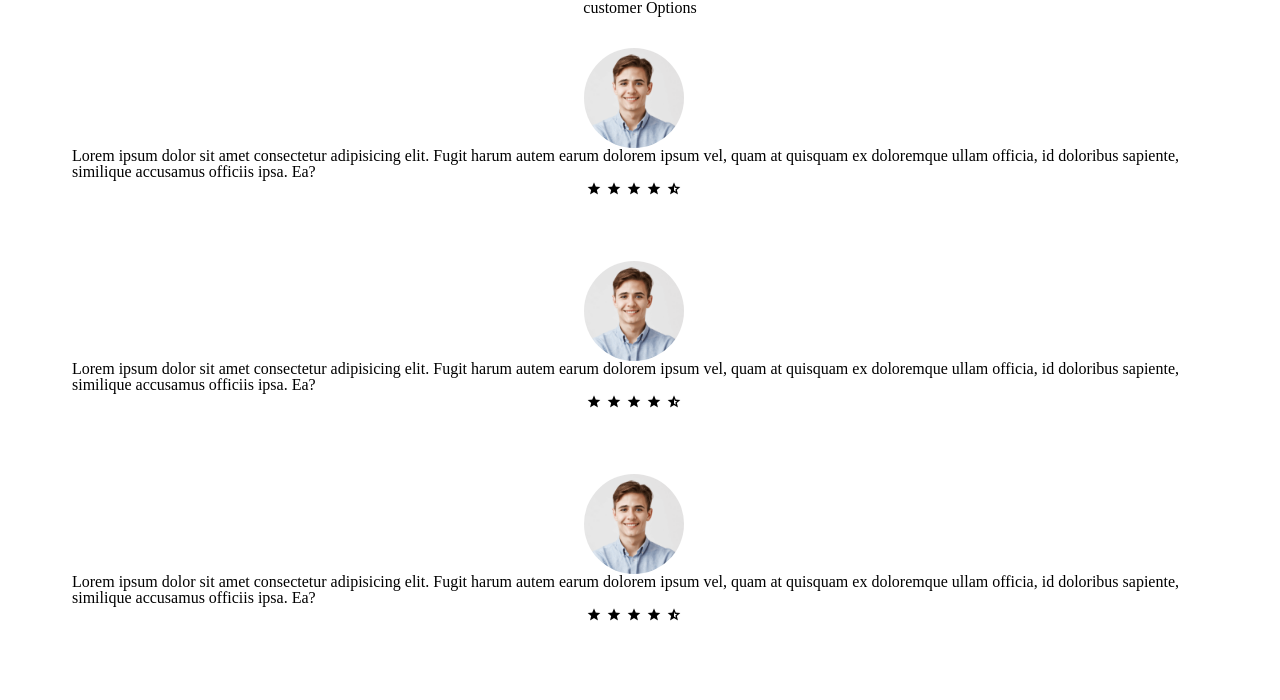
Repository: dinhhaidh/slider-3
Page: index.html
The author's editor kept a copy of each file at every save. The page is drawn from the files as they stood at one save, then again after the next save.
The browser window is 1280 px wide. The pictures show the whole page.

Above is the page before, as saved 2024-03-22 20:15:18.

### index.html
<!DOCTYPE html>
<html lang="en">
<head>
    <meta charset="UTF-8">
    <meta name="viewport" content="width=device-width, initial-scale=1.0">
    <title>Document</title>
    <link rel="stylesheet" href="https://cdnjs.cloudflare.com/ajax/libs/remixicon/4.2.0/remixicon.min.css">

    <link rel="stylesheet" href="style.css">

</head>
<body>
    <div class="customer">
        <h3 class="customer__title">customer Options</h3>
        <div class="customer__container container">
            <div class="customer__swiper">
                <div>
                    <article class="customer__article">
                        <img src="./img1.png" alt="image" class="customer__img">

                        <p>
                            Lorem ipsum dolor sit amet consectetur adipisicing elit. Fugit harum autem earum dolorem ipsum vel, quam at quisquam ex doloremque ullam officia, id doloribus sapiente, similique accusamus officiis ipsa. Ea?
                        </p>

                        <div class="customer__star">
                            <i class="ri-star-s-fill"></i>
                            <i class="ri-star-s-fill"></i>
                            <i class="ri-star-s-fill"></i>
                            <i class="ri-star-s-fill"></i>
                            <i class="ri-star-half-s-line"></i>
                        </div>
                    </article>
                    <article class="customer__article">
                        <img src="./img1.png" alt="image" class="customer__img">

                        <p>
                            Lorem ipsum dolor sit amet consectetur adipisicing elit. Fugit harum autem earum dolorem ipsum vel, quam at quisquam ex doloremque ullam officia, id doloribus sapiente, similique accusamus officiis ipsa. Ea?
                        </p>

                        <div class="customer__star">
                            <i class="ri-star-s-fill"></i>
                            <i class="ri-star-s-fill"></i>
                            <i class="ri-star-s-fill"></i>
                            <i class="ri-star-s-fill"></i>
                            <i class="ri-star-half-s-line"></i>
                        </div>
                    </article>
                    <article class="customer__article">
                        <img src="./img1.png" alt="image" class="customer__img">

                        <p>
                            Lorem ipsum dolor sit amet consectetur adipisicing elit. Fugit harum autem earum dolorem ipsum vel, quam at quisquam ex doloremque ullam officia, id doloribus sapiente, similique accusamus officiis ipsa. Ea?
                        </p>

                        <div class="customer__star">
                            <i class="ri-star-s-fill"></i>
                            <i class="ri-star-s-fill"></i>
                            <i class="ri-star-s-fill"></i>
                            <i class="ri-star-s-fill"></i>
                            <i class="ri-star-half-s-line"></i>
                        </div>
                    </article>
                </div>
            </div>
        </div>
    </div>
</body>
</html>

### style.css
*,
*:before,
*:after {
  box-sizing: border-box;
}
* {
  margin: 0;
  padding: 0;
  font: inherit;
}
img,
picture,
svg,
video {
  display: block;
  max-width: 100%;
}
input,
select,
textarea {
  background-color: transparent;
  outline: none;
}
button {
  cursor: pointer;
  background-color: transparent;
  outline: none;
  border: 0;
}
body {
  min-height: 100vh;
  font-weight: 400;
  font-size: 16px;
  line-height: 1;
}


.container{
    max-width: 1220px;
    Margin-inline: 1.5rem;
}


.customer__title{
    text-align: center
}
.customer__container{

}

.customer__swiper{

}
.customer__article{
    display:flex;
    align-items: center;
    justify-content: center;
    flex-direction: column;
    padding: 2rem 3rem 2rem;
    background-color: #fff;
    brader
}
.customer__img{
    width: 100px;
    height: 100px;
    border-radius: 50%;
}
.customer__star{

}
.ri-star-s-fill{

}
.ri-star-half-s-line{

}

After the next save:
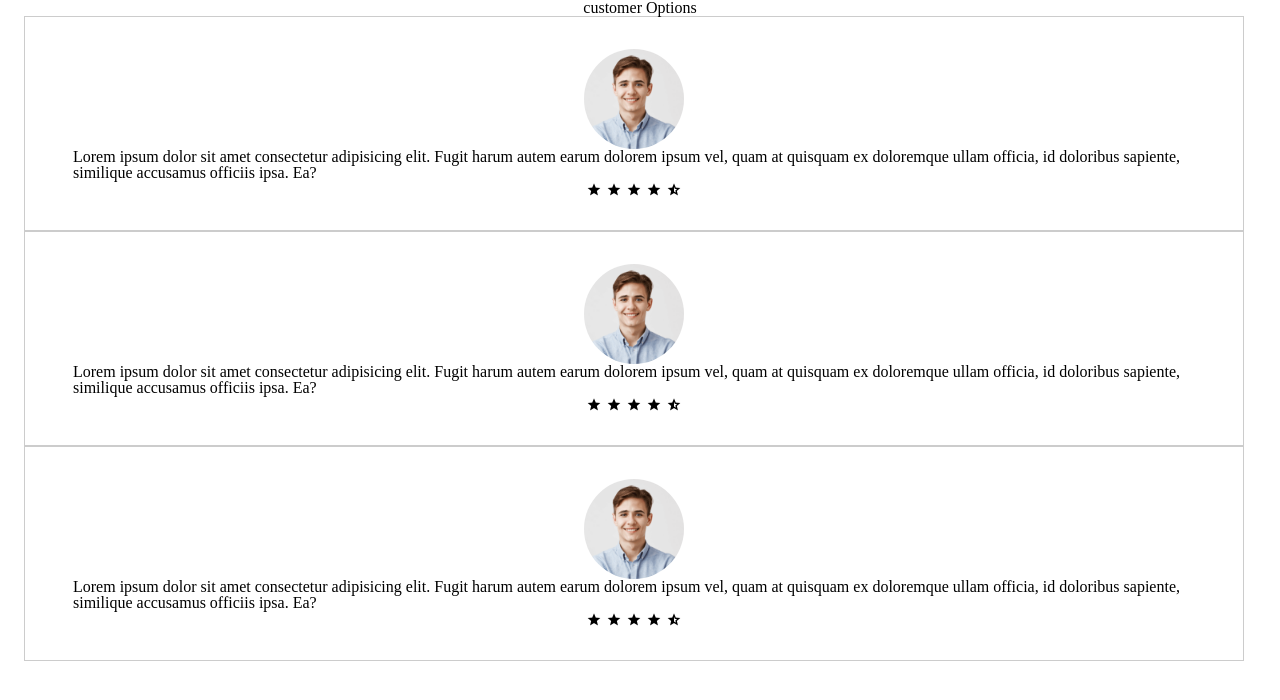
Saved 10 s later.
--- a/style.css
+++ b/style.css
@@ -58,7 +58,7 @@ body {
     flex-direction: column;
     padding: 2rem 3rem 2rem;
     background-color: #fff;
-    brader
+    border: 1px solid #ccc;
 }
 .customer__img{
     width: 100px;
